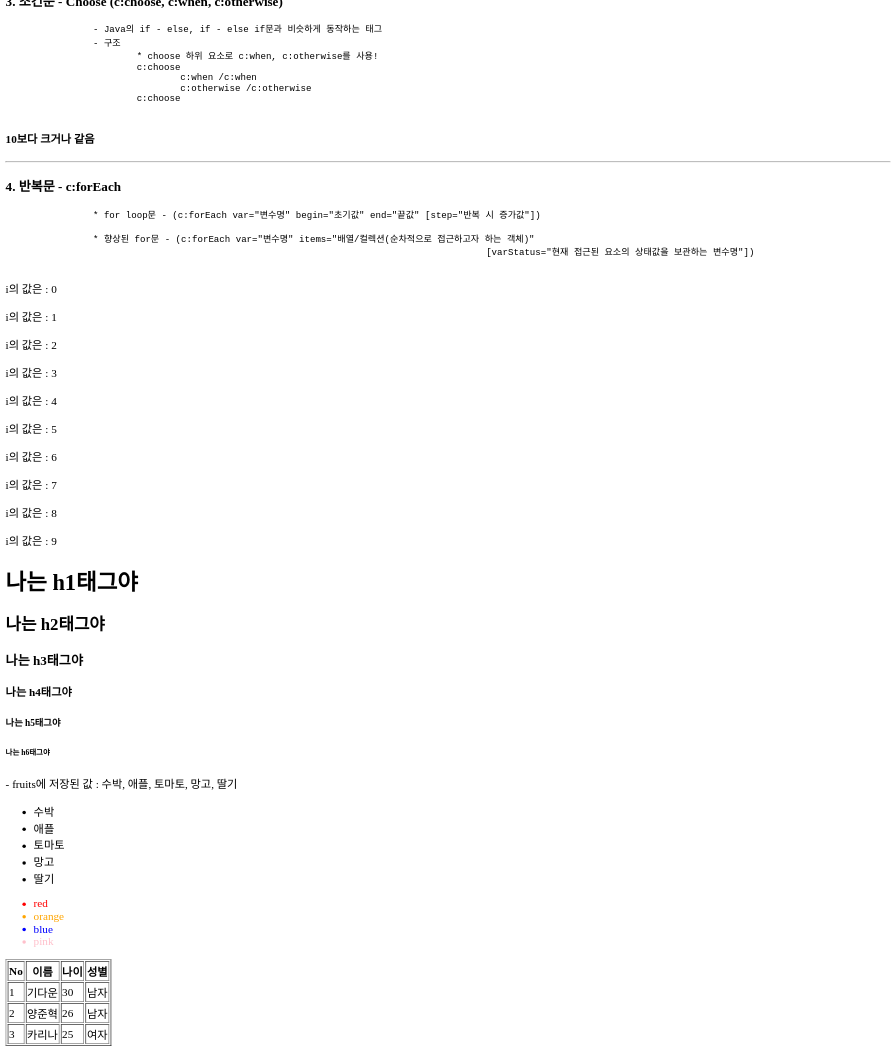
Repository: hailey-516/servlet
Page: http://localhost/3_elAction/views/3_Custom_Action/01_core.jsp
These files come from the project's save history. The page is drawn as it stood at one moment and after the next save; the edit follows.
The browser window is 1280 px wide. The pictures show the part of the page from y = 1035 to 2955 px (the page is 2538 px tall before and 2955 px after), at 70% of full size.
The page is served by Tomcat 9.

Above is the page before, as saved 2024-08-27 06:15:31.

After the next save:
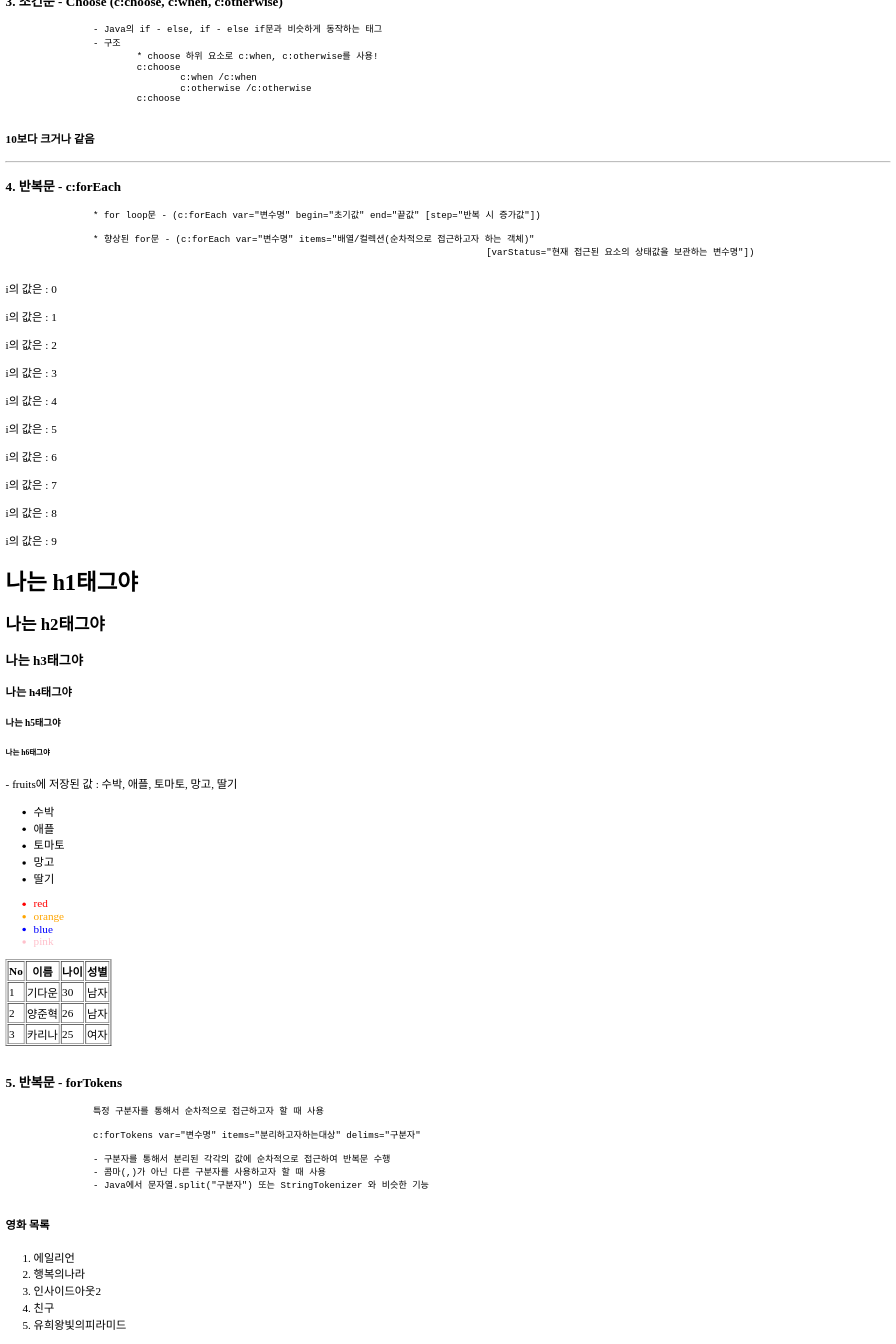
Saved 15 min 56 s later.
--- a/3_elAction/src/main/webapp/views/3_Custom_Action/01_core.jsp
+++ b/3_elAction/src/main/webapp/views/3_Custom_Action/01_core.jsp
@@ -239,7 +239,7 @@
 	 			<c:forEach var="p" items="${ pList }" varStatus="s">
 	 				<tr>
 	 					<%-- <td>${ s.index }</td> --%> <%-- index : 0부터 시작 --%>
-	 					<td>${ s.count }</td>
+	 					<td>${ s.count }</td> <%-- count: 1부터 시작 --%>
 	 					<td>${ p.name }</td>
 	 					<td>${ p.age }</td>
 	 					<td>${ p.gender }</td>
@@ -250,5 +250,27 @@
 	 	</tbody>
 	 </table>
 
+	 <br>
+
+	 <h3>5. 반복문 - forTokens</h3>
+	 <pre>
+	 	특정 구분자를 통해서 순차적으로 접근하고자 할 때 사용
+
+	 	c:forTokens var="변수명" items="분리하고자하는대상" delims="구분자"
+
+	 	- 구분자를 통해서 분리된 각각의 값에 순차적으로 접근하여 반복문 수행
+	 	- 콤마(,)가 아닌 다른 구분자를 사용하고자 할 때 사용
+	 	- Java에서 문자열.split("구분자") 또는 StringTokenizer 와 비슷한 기능
+	 </pre>
+
+	 <%-- movie라는 이름의 변수에 5개 저장 (구분자: / . ,) --%>
+	 <c:set var="movie" value="에일리언/행복의나라.인사이드아웃2,친구.유희왕빛의피라미드" />
+	 <h4>영화 목록</h4>
+	 <ol>
+	 	<c:forTokens var="m" items="${ movie }" delims="/.,">
+	 		<li>${ m }</li>
+	 	</c:forTokens>
+	 </ol>
+
 	</body>
 </html>
